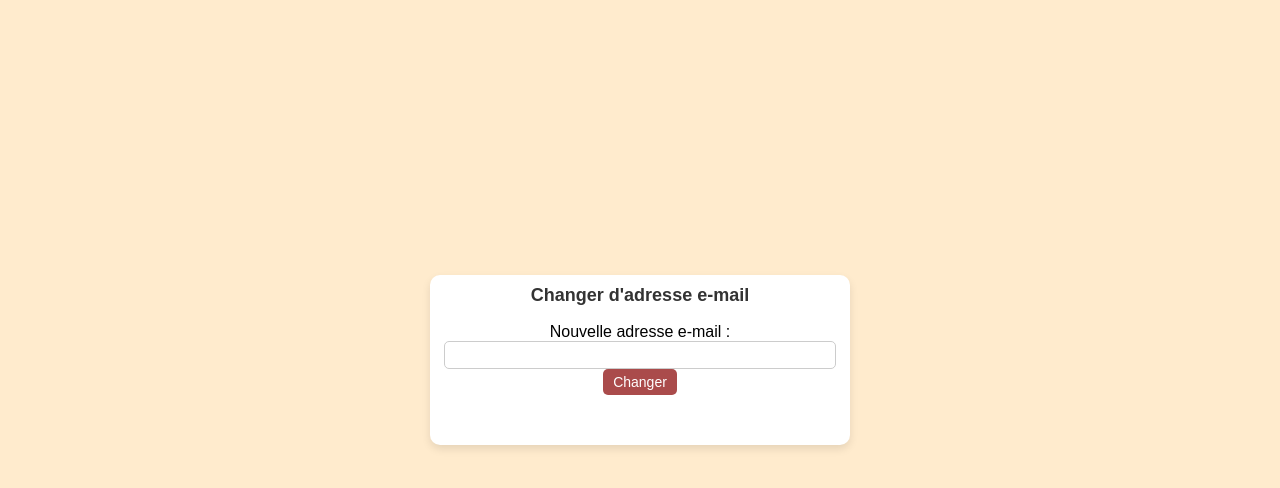
Repository: LeroyM084/Mushroom_Password
Page: ChromeExtension/templates/changeMail.html
These files come from the project's save history. The page is drawn as it stood at one moment and after the next save; the edit follows.
The browser window is 1280 px wide. The pictures show the whole page.

Above is the page before, as saved 2025-02-19 11:56:03.

### ChromeExtension/templates/changeMail.html
<!DOCTYPE html>
<html lang="fr">
	<head>
		<meta charset="UTF-8" />
		<meta name="viewport" content="width=device-width, initial-scale=1.0" />
		<title>Changer d'adresse e-mail</title>
		<link rel="stylesheet" href="../style/changeMail.css" />
		<script defer src="../scripts/changeMail.js"></script>
	</head>
	<body>
		<div class="container">
			<h1>Changer d'adresse e-mail</h1>
			<form id="emailForm">
				<label for="email">Nouvelle adresse e-mail :</label>
				<input type="email" id="email" name="email" required />
				<button type="submit" id="submitButton">Changer</button>
			</form>
		</div>
	</body>
</html>

### ChromeExtension/style/changeMail.css
/* Global Styles */
body {
    background-color: blanchedalmond;
    font-family: 'Arial', sans-serif;
    display: flex;
    justify-content: center;
    align-items: center;
    height: 100vh; /* Ajuste pour centrer verticalement */
    margin: 0;
}

.container {
    background-color: white;
    width: 400px;
    height: 150px; /* Respecte la hauteur fixée */
    padding: 10px; /* Réduit le padding pour respecter les dimensions */
    border-radius: 10px;
    box-shadow: 0 4px 8px rgba(0, 0, 0, 0.1); /* Ombre douce */
    text-align: center;
    display: flex;
    flex-direction: column;
    justify-content: space-between; /* Espacement optimal des éléments */
}

h1 {
    font-size: 18px; /* Réduit la taille pour correspondre aux dimensions */
    font-weight: bold;
    color: #333;
    margin: 0; /* Supprime l'espacement par défaut */
}

form {
    display: flex;
    flex-direction: column;
    align-items: center;
}

input[type="email"] {
    width: calc(100% - 20px); /* Ajuste pour tenir compte du padding */
    padding: 5px; /* Réduit le padding pour tenir dans la hauteur */
    border: 1px solid #ccc;
    border-radius: 5px;
    font-size: 14px; /* Ajuste la taille pour l'espace */
}

button {
    background-color: #aa4b4b;
    color: white;
    padding: 5px 10px; /* Réduit la taille du bouton */
    border: none;
    border-radius: 5px;
    font-size: 14px;
    cursor: pointer;
    transition: background-color 0.3s;
}

button:hover {
    background-color: #9a4343; /* Couleur au survol */
}

/* Ajoutez ces styles à votre fichier CSS existant */
#message {
    margin-top: 20px;
    padding: 10px;
    border-radius: 5px;
}

.success {
    background-color: #d4edda;
    color: #155724;
    border: 1px solid #c3e6cb;
}

.error {
    background-color: #f8d7da;
    color: #721c24;
    border: 1px solid #f5c6cb;
}

#message a {
    display: inline-block;
    margin-top: 10px;
    color: inherit;
    text-decoration: underline;
}

### ChromeExtension/scripts/changeMail.js
document.addEventListener("DOMContentLoaded", () => {
	const form = document.querySelector("form");
	const emailInput = document.querySelector('input[type="email"]');
	const messageDiv = document.createElement("div");
	messageDiv.id = "message";
	form.appendChild(messageDiv);

	form.addEventListener("submit", async (e) => {
		e.preventDefault();
		const email = emailInput.value;

		try {
			const response = await fetch("http://localhost:5000/changeMail", {
				method: "POST",
				headers: {
					"Content-Type": "application/json",
				},
				body: JSON.stringify({ email: email }),
			});

			const data = await response.json();

			if (!response.ok) {
				throw new Error(
					data.error || "Erreur lors du changement d'email"
				);
			}

			// Afficher le message de succès
			messageDiv.innerHTML = `
                <div class="success">
                    ${data.message}<br>
                    <a href="index.html">Retour à l'accueil</a>
                </div>
            `;
		} catch (error) {
			console.error("Erreur:", error);
			messageDiv.innerHTML = `
                <div class="error">
                    Une erreur est survenue: ${error.message}<br>
                    <a href="index.html">Retour à l'accueil</a>
                </div>
            `;
		}
	});
});

After the next save:
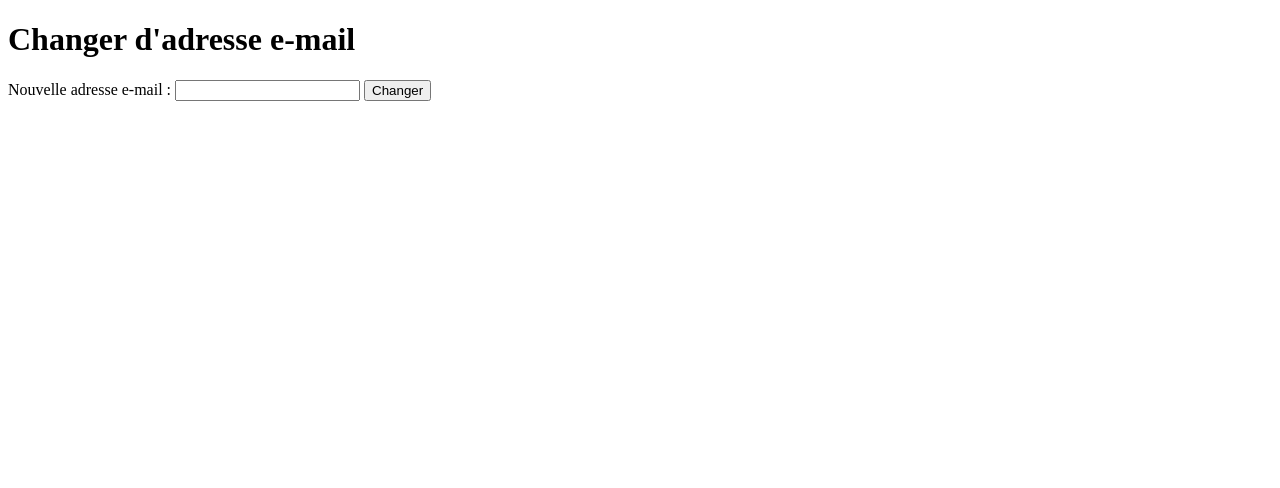
Saved 106 s later.
--- a/ChromeExtension/style/changeMail.css
+++ b/ChromeExtension/style/changeMail.css
@@ -1,63 +1,3 @@
-/* Global Styles */
-body {
-    background-color: blanchedalmond;
-    font-family: 'Arial', sans-serif;
-    display: flex;
-    justify-content: center;
-    align-items: center;
-    height: 100vh; /* Ajuste pour centrer verticalement */
-    margin: 0;
-}
-
-.container {
-    background-color: white;
-    width: 400px;
-    height: 150px; /* Respecte la hauteur fixée */
-    padding: 10px; /* Réduit le padding pour respecter les dimensions */
-    border-radius: 10px;
-    box-shadow: 0 4px 8px rgba(0, 0, 0, 0.1); /* Ombre douce */
-    text-align: center;
-    display: flex;
-    flex-direction: column;
-    justify-content: space-between; /* Espacement optimal des éléments */
-}
-
-h1 {
-    font-size: 18px; /* Réduit la taille pour correspondre aux dimensions */
-    font-weight: bold;
-    color: #333;
-    margin: 0; /* Supprime l'espacement par défaut */
-}
-
-form {
-    display: flex;
-    flex-direction: column;
-    align-items: center;
-}
-
-input[type="email"] {
-    width: calc(100% - 20px); /* Ajuste pour tenir compte du padding */
-    padding: 5px; /* Réduit le padding pour tenir dans la hauteur */
-    border: 1px solid #ccc;
-    border-radius: 5px;
-    font-size: 14px; /* Ajuste la taille pour l'espace */
-}
-
-button {
-    background-color: #aa4b4b;
-    color: white;
-    padding: 5px 10px; /* Réduit la taille du bouton */
-    border: none;
-    border-radius: 5px;
-    font-size: 14px;
-    cursor: pointer;
-    transition: background-color 0.3s;
-}
-
-button:hover {
-    background-color: #9a4343; /* Couleur au survol */
-}
-
 /* Ajoutez ces styles à votre fichier CSS existant */
 #message {
     margin-top: 20px;
